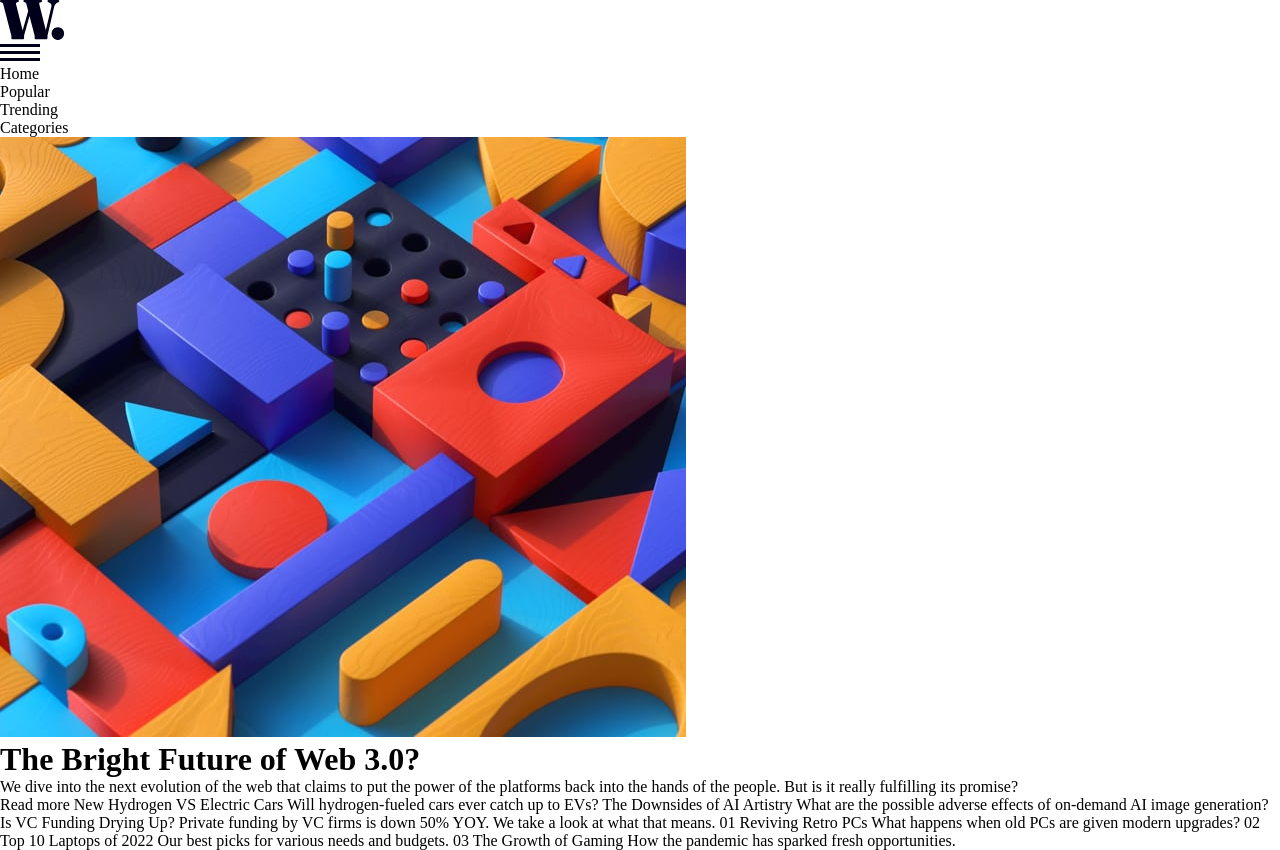
Repository: Arkitecth/news-webpage
Page: index.html
An editor plug-in stored every save of this project. The page is shown before and after the next save, followed by the edit.
The browser window is 1280 px wide. The pictures show the whole page.

Above is the page before, as saved 2023-06-07 16:26:25.

### index.html
<!DOCTYPE html>
<html lang="en">
<head>
  <meta charset="UTF-8">
  <meta name="viewport" content="width=device-width, initial-scale=1.0"> <!-- displays site properly based on user's device -->
  <title>News homepage</title>
  <link rel="stylesheet" href="style.css">
  <link rel="stylesheet" media="screen and (max-width:768px)" href="mobile.css">
</head>
<body>
  <main>
    <nav class="flex-container">
      <img class="logo" src="assets/images/logo.svg" alt="logo">
      <div class="hamburger-menu">
        <img class="icon-menu" src="assets/images/icon-menu.svg" alt="icon-menu">
          <ul class="menu-items">
            <li> Home  </li>
            <li> Popular</li>
            <li>Trending</li>
            <li>Categories</li>
          </ul>
      </div>
    </nav>
    <img class="background-image" src="assets/images/image-web-3-mobile.jpg" alt="background-image">
    <h1>The Bright Future of Web 3.0? </h1>
    <p> We dive into the next evolution of the web that claims to put the power of the platforms back into the hands of the people.
      But is it really fulfilling its promise? </p>
  </main>
<script src="script.js"></script>



  Read more

  New

  Hydrogen VS Electric Cars
  Will hydrogen-fueled cars ever catch up to EVs?

  The Downsides of AI Artistry
  What are the possible adverse effects of on-demand AI image generation?

  Is VC Funding Drying Up?
  Private funding by VC firms is down 50% YOY. We take a look at what that means.

  01
  Reviving Retro PCs
  What happens when old PCs are given modern upgrades?

  02
  Top 10 Laptops of 2022
  Our best picks for various needs and budgets.

  03
  The Growth of Gaming
  How the pandemic has sparked fresh opportunities.
</body>
</html>

### style.css
* {
    margin: 0;
    padding: 0;
}

### script.js
const hamburger = document.querySelector(".hamburger-menu");
const iconMenu = document.querySelector(".icon-menu");
const menuItems = document.querySelector(".menu-items");
iconMenu.addEventListener("click", () => {
    hamburger.classList.toggle("menu-box");
    iconMenu.classList.toggle("toggle-icon");
    menuItems.classList.toggle("toggle-menu-items");
})
iconMenu.src = "assets/images/icon-menu.svg";

### mobile.css
main {
    display: grid;
    grid-template-rows: auto 2fr 1fr 1fr;
}

.flex-container {
    display: flex;
    justify-content: space-between;
    align-items: center;
}

.container {
    margin: 20px;
}

.logo {
    margin: 20px;
}

.menu-items {
    list-style-type: none;
    display: none;
    font-size: 1.125rem;
}

.menu-items li {
    padding: 20px;
}

.hamburger-menu {
    margin: 20px;
}


.menu-box {
    position: absolute;
    margin: 0;
    top: 0;
    right: 0;
    height: 100vh;
    width: 40vh;
    background-color: red;
}

.toggle-icon {
    content: url("assets/images/icon-menu-close.svg");
    padding-top: 20px;
    margin-left: 80%;
}

.toggle-menu-items {
    display: block;
    padding: 20px;
}

.background-image {
    width: 343px;
    margin: auto;
    margin-top: 20px;
}

After the next save:
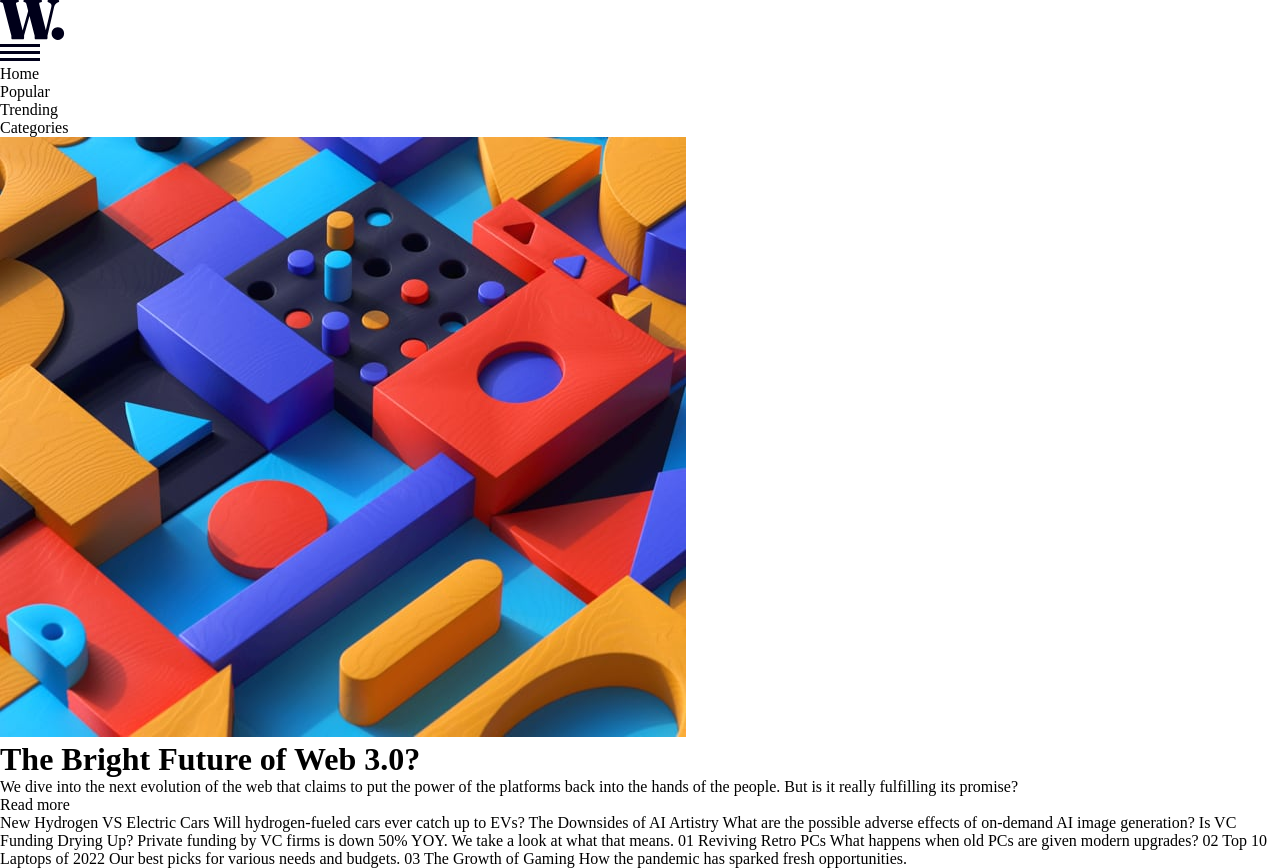
Saved 13 s later.
--- a/index.html
+++ b/index.html
@@ -25,12 +25,13 @@
     <h1>The Bright Future of Web 3.0? </h1>
     <p> We dive into the next evolution of the web that claims to put the power of the platforms back into the hands of the people.
       But is it really fulfilling its promise? </p>
+    <a>  Read more </a>
   </main>
 <script src="script.js"></script>
 
 
 
-  Read more
+
 
   New
 
